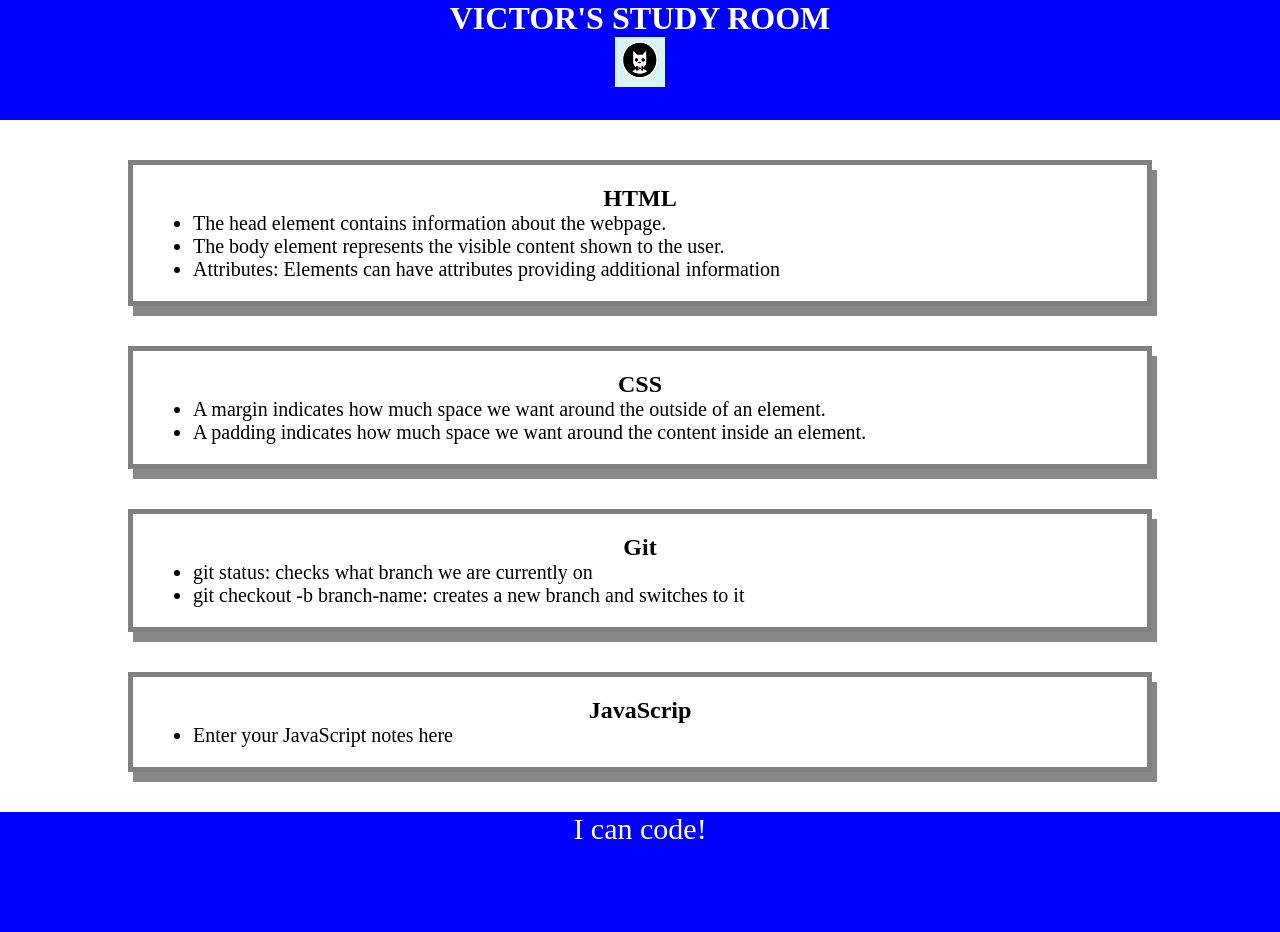
Repository: uvee35/prework-study-guide
Page: index.html
An editor plug-in stored every save of this project. The page is shown before and after the next save, followed by the edit.
The browser window is 1280 px wide. The pictures show the whole page.

Above is the page before, as saved 2023-11-26 17:06:02.

After the next save:
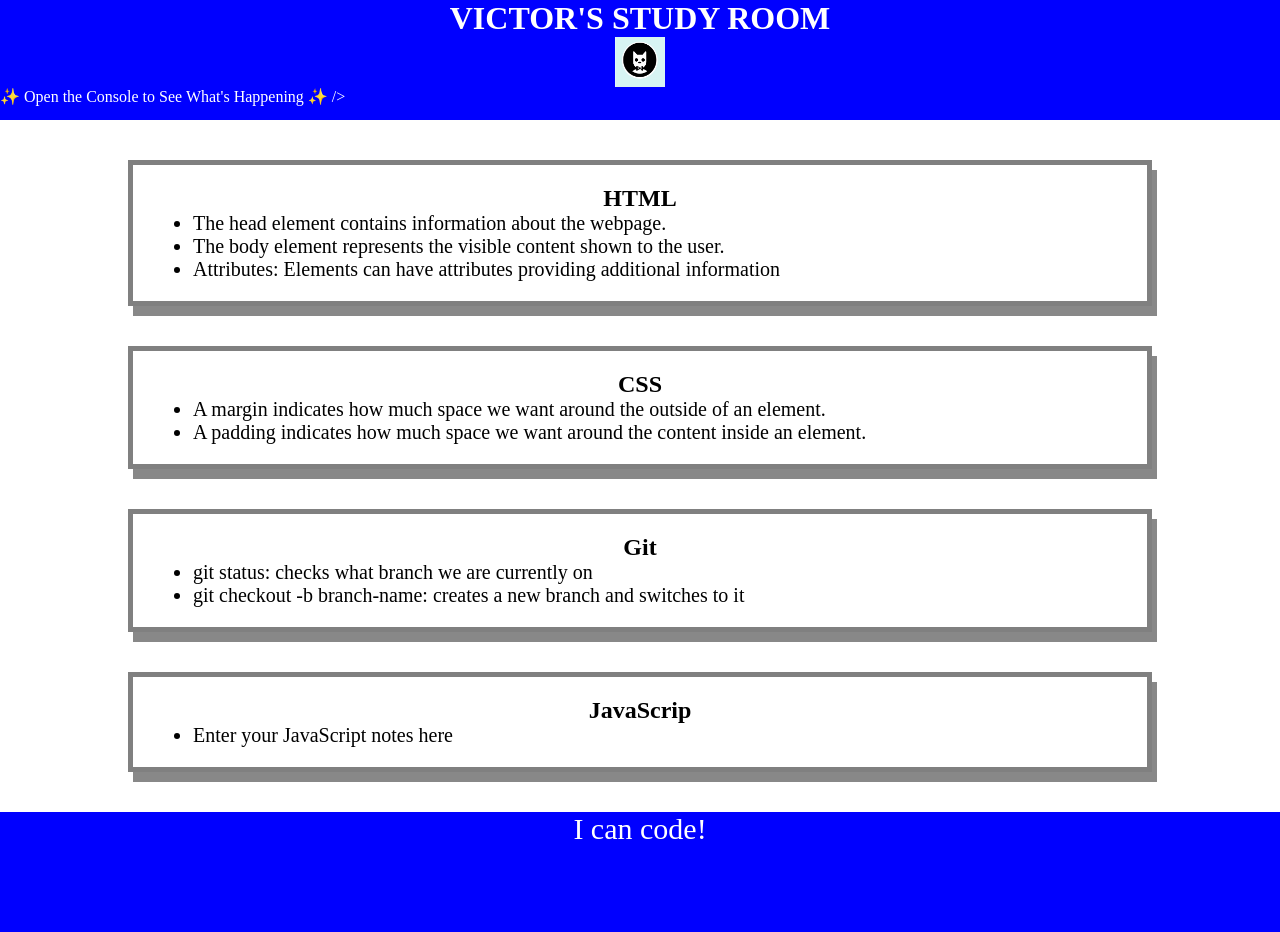
Saved 2 min 19 s later.
--- a/index.html
+++ b/index.html
@@ -14,6 +14,7 @@
       <img
         src="./assets/bowtie-cat.png"
         alt="Profile image of cat wearing a bow tie."
+        <h2>✨ Open the Console to See What's Happening ✨</h2>
       />
     </header>
 
